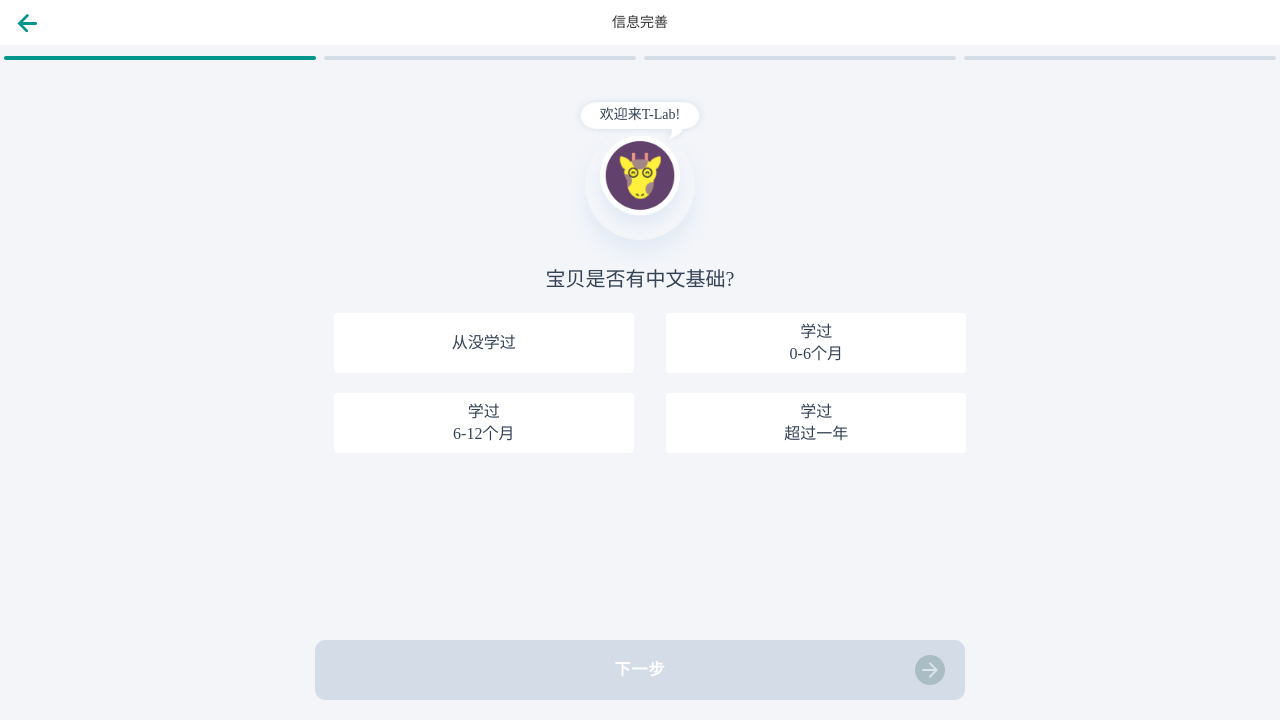
Repository: huangjf1/1
Page: /
The author's editor kept a copy of each file at every save. The page is drawn from the files as they stood at one save, then again after the next save.
The browser window is 1280 px wide. The pictures show the whole page.
The project was rebuilt for these pictures with package versions that can differ from the ones it lists, and the page was loaded fresh each time. Also part of the build but not shown: vue.config.js.

Above is the page before, as saved 2021-08-24 12:57:27.

After the next save:
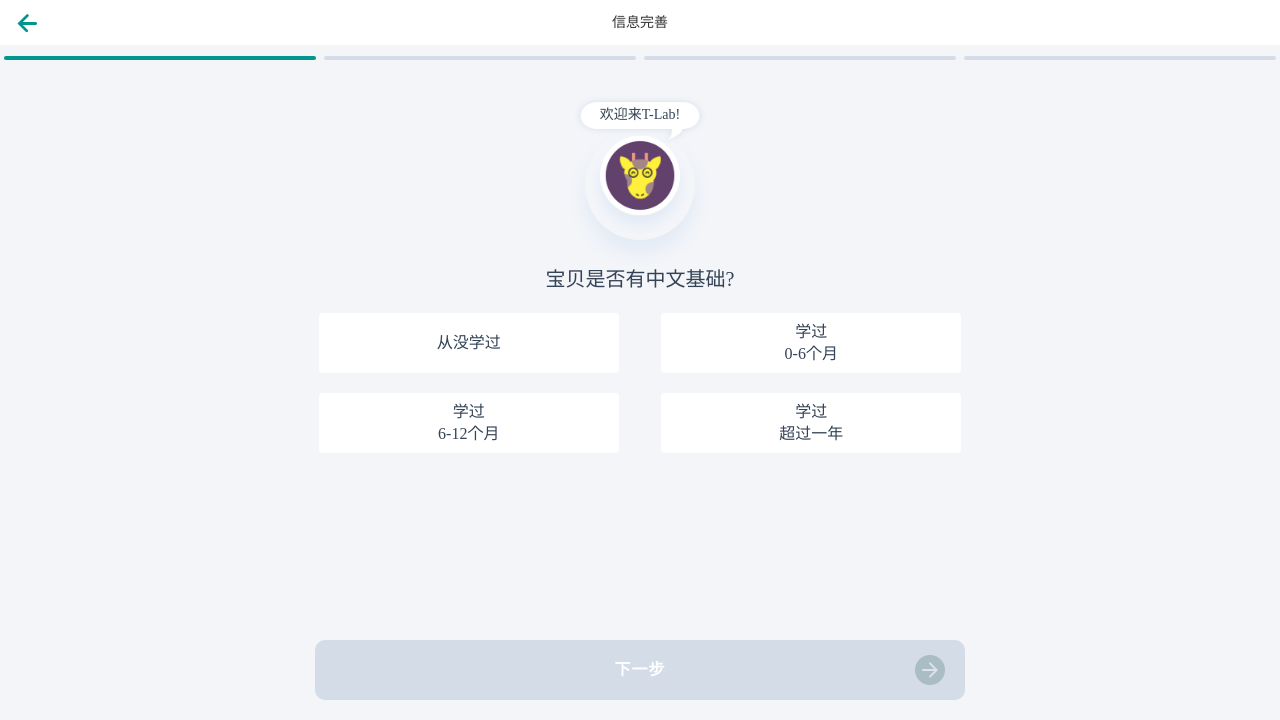
Saved 61 s later.
--- a/src/views/index.vue
+++ b/src/views/index.vue
@@ -449,9 +449,7 @@ export default {
               color: white;
             }
           }
-          .select-list:nth-of-type(odd) {
-            margin-left: 20px;
-          }
+
           .select-list:nth-of-type(even) {
             margin-left: 15px;
           }
